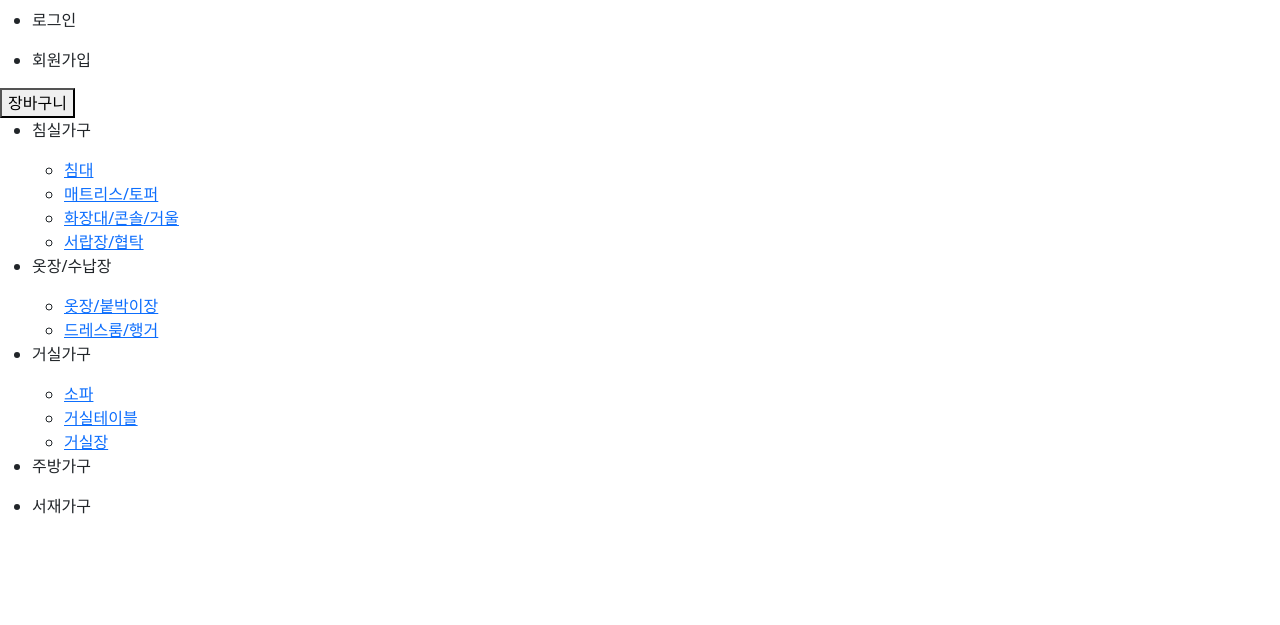
Repository: raoniee/Elice-House-Project
Page: FE/src/components/header/header.html
An editor plug-in stored every save of this project. The page is shown before and after the next save, followed by the edit.
The browser window is 1280 px wide. The pictures show the whole page.

Above is the page before, as saved 2023-07-04 15:46:07.

### FE/src/components/header/header.html
<!DOCTYPE html>
<html lang="ko">
  <head>
    <meta charset="UTF-8" />
    <meta http-equiv="X-UA-Compatible" content="IE=edge" />
    <meta name="viewport" content="width=device-width, initial-scale=1.0" />
    <title>Elice-House</title>
    <!-- CSS only -->
    <link
      href="https://cdn.jsdelivr.net/npm/bootstrap@5.2.3/dist/css/bootstrap.min.css"
      rel="stylesheet"
      integrity="sha384-rbsA2VBKQhggwzxH7pPCaAqO46MgnOM80zW1RWuH61DGLwZJEdK2Kadq2F9CUG65"
      crossorigin="anonymous"
    />
  </head>
  <body>
    <header class="header">
      <div class="top">
        <div class="inner">
          <h1>
            <a href="/">
              <div class="logo"></div>
            </a>
          </h1>
          <div class="membership">
            <ul>
              <li><p>로그인</p></li>
              <li><p>회원가입</p></li>
            </ul>
          </div>
          <div class="basket">
            <button>장바구니</button>
          </div>
        </div>
      </div>
      <div class="bottom">
        <nav class="gnb">
          <ul>
            <li>
              <p>침실가구</p>
              <nav class="smenu">
                <div class="smenu_inner">
                  <ul>
                    <li><a href="">침대</a></li>
                    <li><a href="">매트리스/토퍼</a></li>
                    <li><a href="">화장대/콘솔/거울</a></li>
                    <li><a href="">서랍장/협탁</a></li>
                  </ul>
                </div>
              </nav>
            </li>
            <li>
              <p>옷장/수납장</p>
              <nav class="smenu">
                <div class="smenu_inner">
                  <ul>
                    <li><a href="">옷장/붙박이장</a></li>
                    <li><a href="">드레스룸/행거</a></li>
                  </ul>
                </div>
              </nav>
            </li>
            <li>
              <p>거실가구</p>
              <nav class="smenu">
                <div class="smenu_inner">
                  <ul>
                    <li><a href="">소파</a></li>
                    <li><a href="">거실테이블</a></li>
                    <li><a href="">거실장</a></li>
                  </ul>
                </div>
              </nav>
            </li>
            <li><p>주방가구</p></li>
            <li><p>서재가구</p></li>
          </ul>
        </nav>
      </div>
    </header>
  </body>
</html>

After the next save:
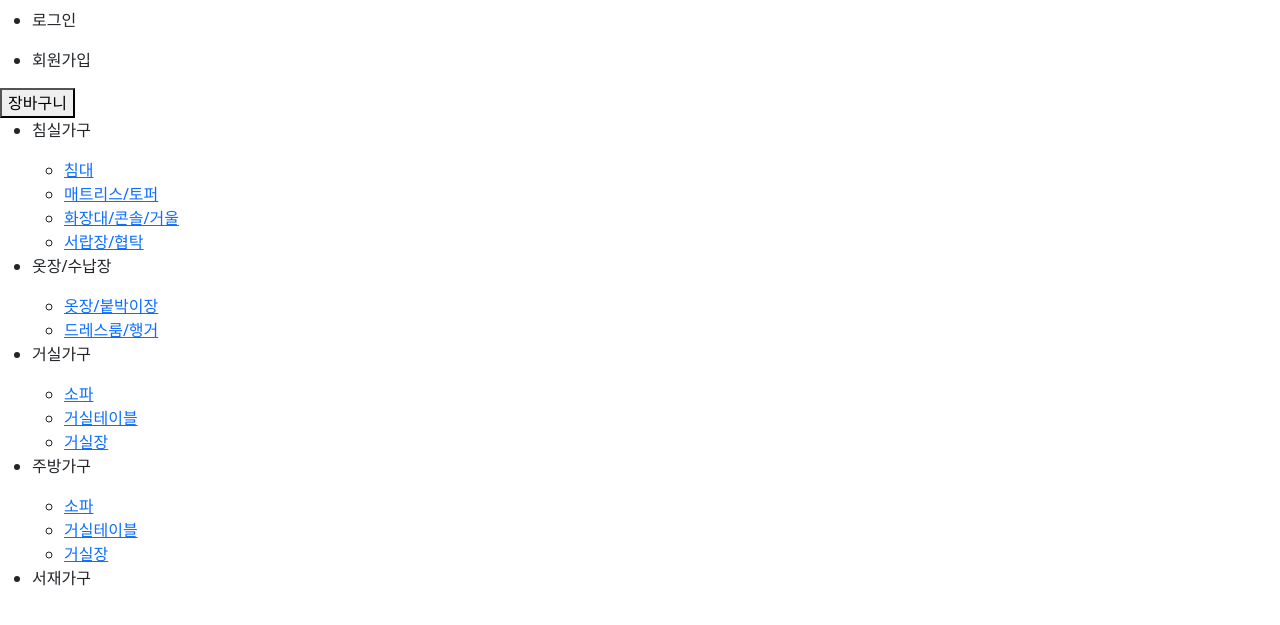
Saved 17 s later.
--- a/FE/src/components/header/header.html
+++ b/FE/src/components/header/header.html
@@ -72,7 +72,18 @@
                 </div>
               </nav>
             </li>
-            <li><p>주방가구</p></li>
+            <li>
+              <p>주방가구</p>
+              <nav class="smenu">
+                <div class="smenu_inner">
+                  <ul>
+                    <li><a href="">소파</a></li>
+                    <li><a href="">거실테이블</a></li>
+                    <li><a href="">거실장</a></li>
+                  </ul>
+                </div>
+              </nav>
+            </li>
             <li><p>서재가구</p></li>
           </ul>
         </nav>
